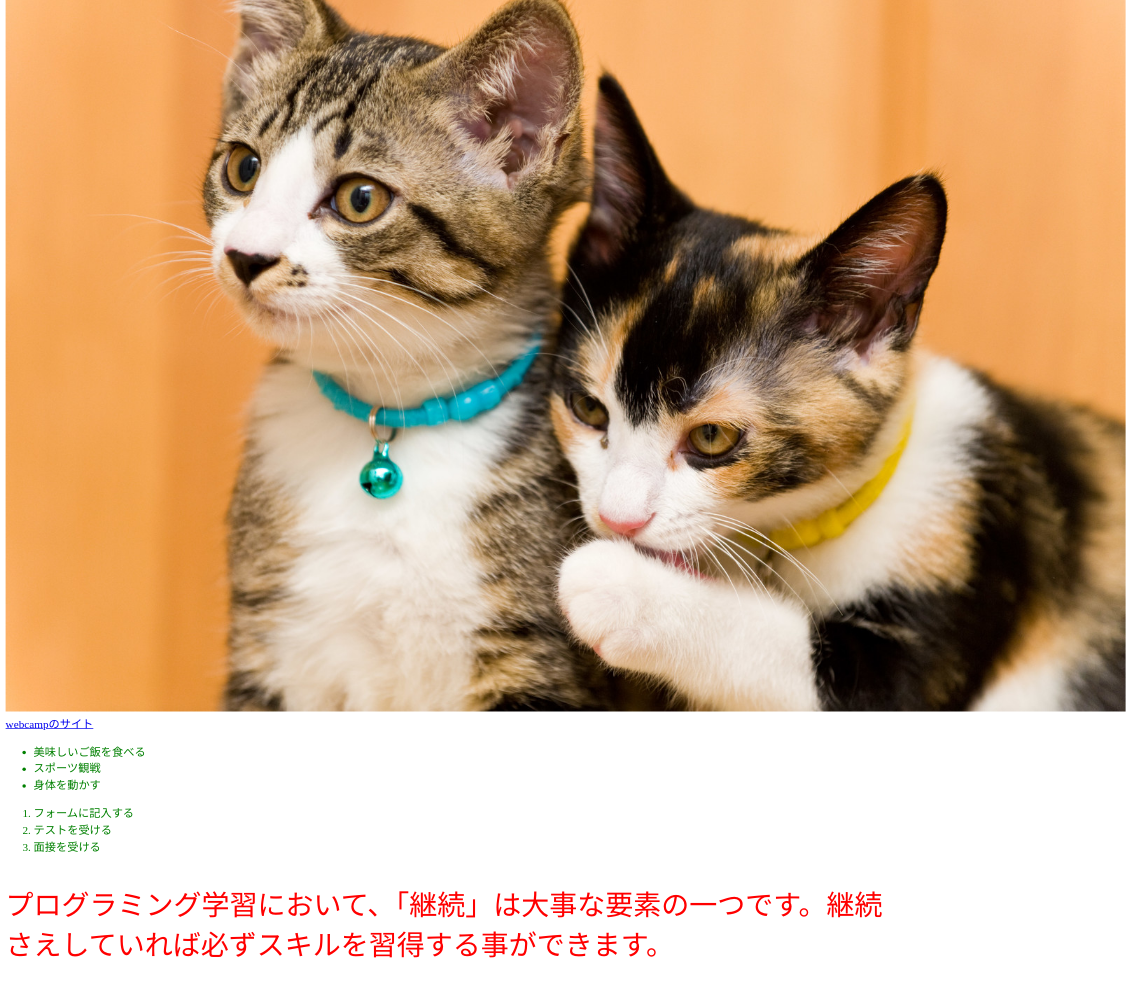
Repository: yamadan96/WEB-CAMP
Page: practice/index.html
These files come from the project's save history. The page is drawn as it stood at one moment and after a run of saves; the edit follows.
The browser window is 1280 px wide. The page is 1608 px wide, so the pictures cover 1608 px, including what lies to the right of the window. The pictures show the part of the page from y = 649 to 2169 px (the page is 2065 px tall before and 2169 px after), at 70% of full size.

Above is the page before, as saved 2022-04-06 04:25:09.

After the next 2 saves:
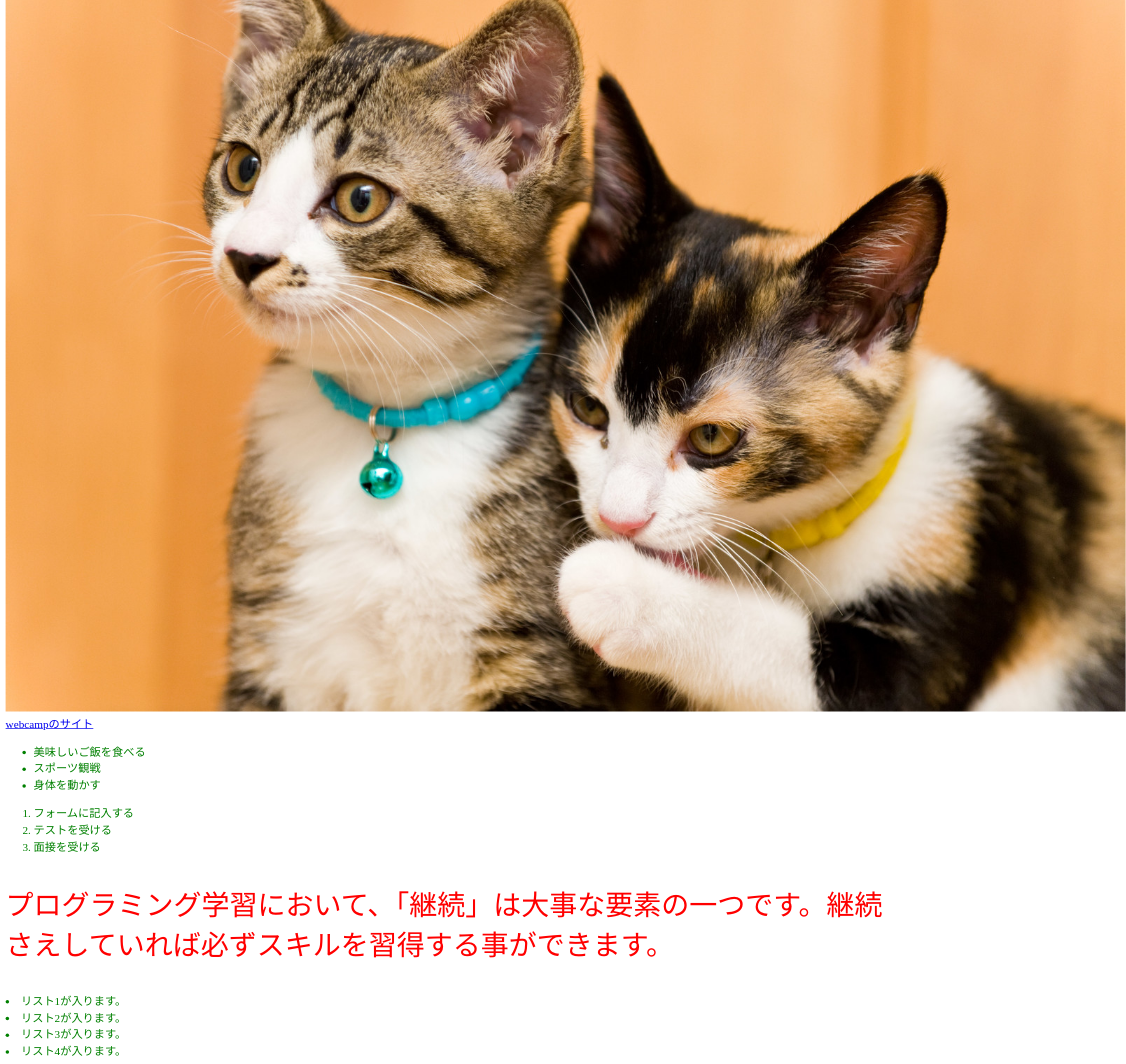
The 2 saves are shown as one change because they came seconds apart.
The last was saved 7 min 35 s later.
--- a/practice/index.html
+++ b/practice/index.html
@@ -30,6 +30,9 @@
         <li>面接を受ける</li>
     </ol>
     <p>プログラミング学習において、「継続」は大事な要素の一つです。継続さえしていれば必ずスキルを習得する事ができます。</p>
+    <li id="list_id">リスト1が入ります。</li>
+    <li class="list_class">リスト2が入ります。</li>    <li>リスト3が入ります。</li>
+    <li class="list_class">リスト4が入ります。</li>
   </body>
 
 </html>
